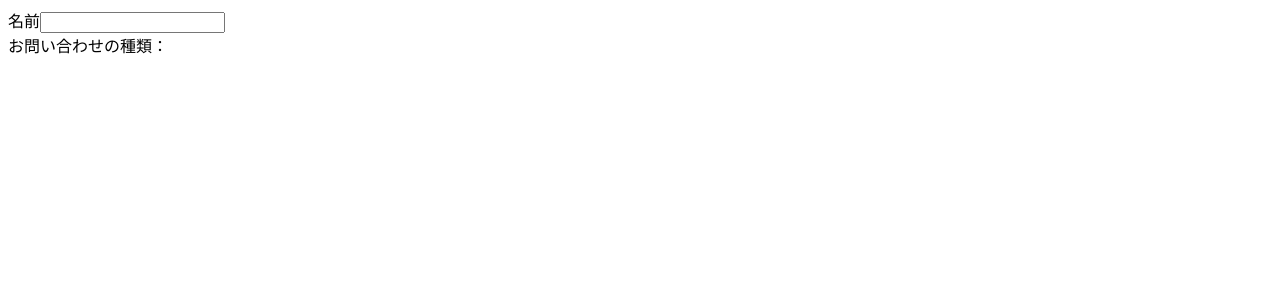
Repository: manchesterunited0128/test
Page: http://localhost/WebProj2/inquiry.jsp
The author's editor kept a copy of each file at every save. The page is drawn from the files as they stood at one save, then again after the next save.
The browser window is 1280 px wide. The pictures show the whole page.
The page is served by Tomcat 9.

Above is the page before, as saved 2019-09-03 04:42:32.

After the next save:
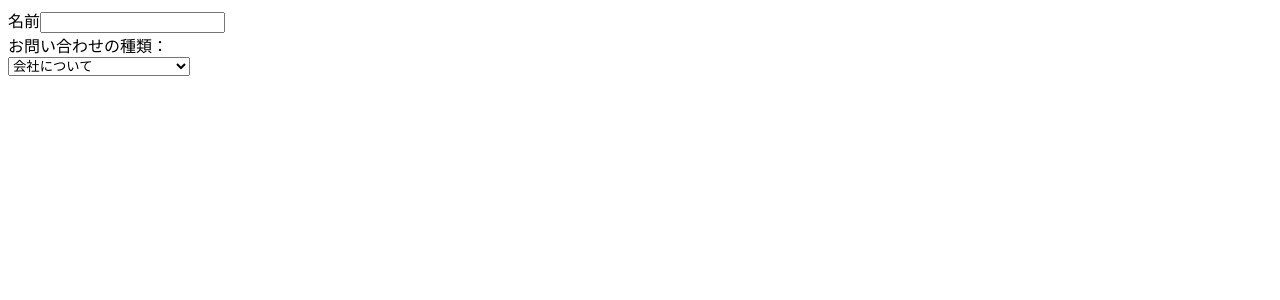
Saved 7 min 25 s later.
--- a/WebProj2/WebContent/inquiry.jsp
+++ b/WebProj2/WebContent/inquiry.jsp
@@ -11,7 +11,11 @@
 	<s:form method="post" action="InquiryCompleteAction">
 	名前<input type="text" name="name"/><br>
 	お問い合わせの種類：<br>
-
+	<select name="qtype">
+			<option value="company">会社について</option>
+			<option value="product">製品について</option>
+			<option value="support">アフターサポートについて</option>
+	</select>
 	</s:form>
 </body>
 </html>
